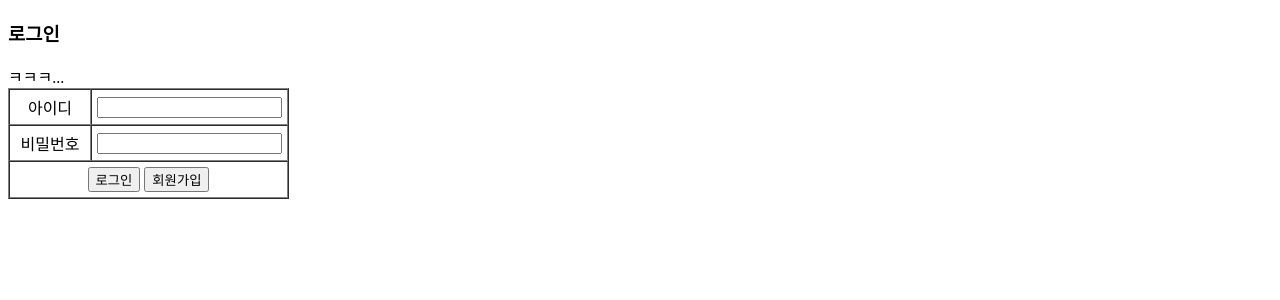
Repository: dahye1013/java-basic-learning
Page: http://localhost/memberJSP/member/loginForm.jsp
The author's editor kept a copy of each file at every save. The page is drawn from the files as they stood at one save, then again after the next save.
The browser window is 1280 px wide. The pictures show the whole page.
The page is served by Tomcat 9.

Above is the page before, as saved 2020-06-09 06:55:13.

After the next save:
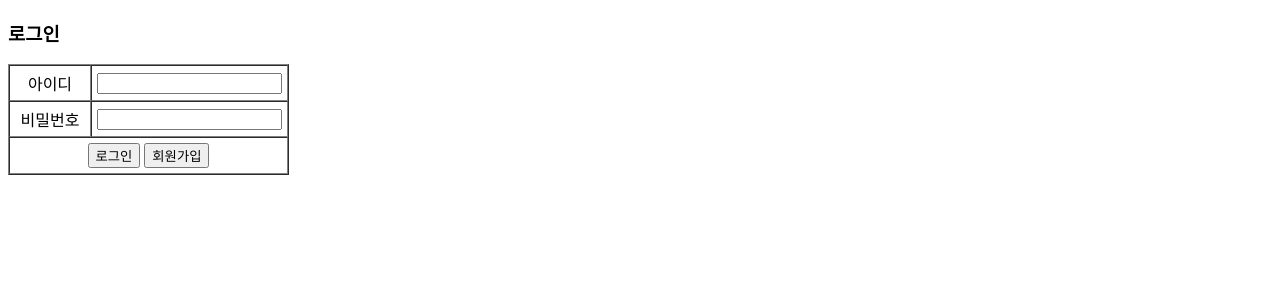
Saved 88 s later.
--- a/memberJSP/WebContent/member/loginForm.jsp
+++ b/memberJSP/WebContent/member/loginForm.jsp
@@ -25,7 +25,7 @@
 				<input type="button" value="로그인"
 					onclick="checkLoginForm()">
 					<input type="button" value="회원가입" onclick="javascrpit:location.href='writeForm.jsp'">
-				</td>ㅋㅋㅋ...
+				</td>
 			</tr>
 
 		</table>
